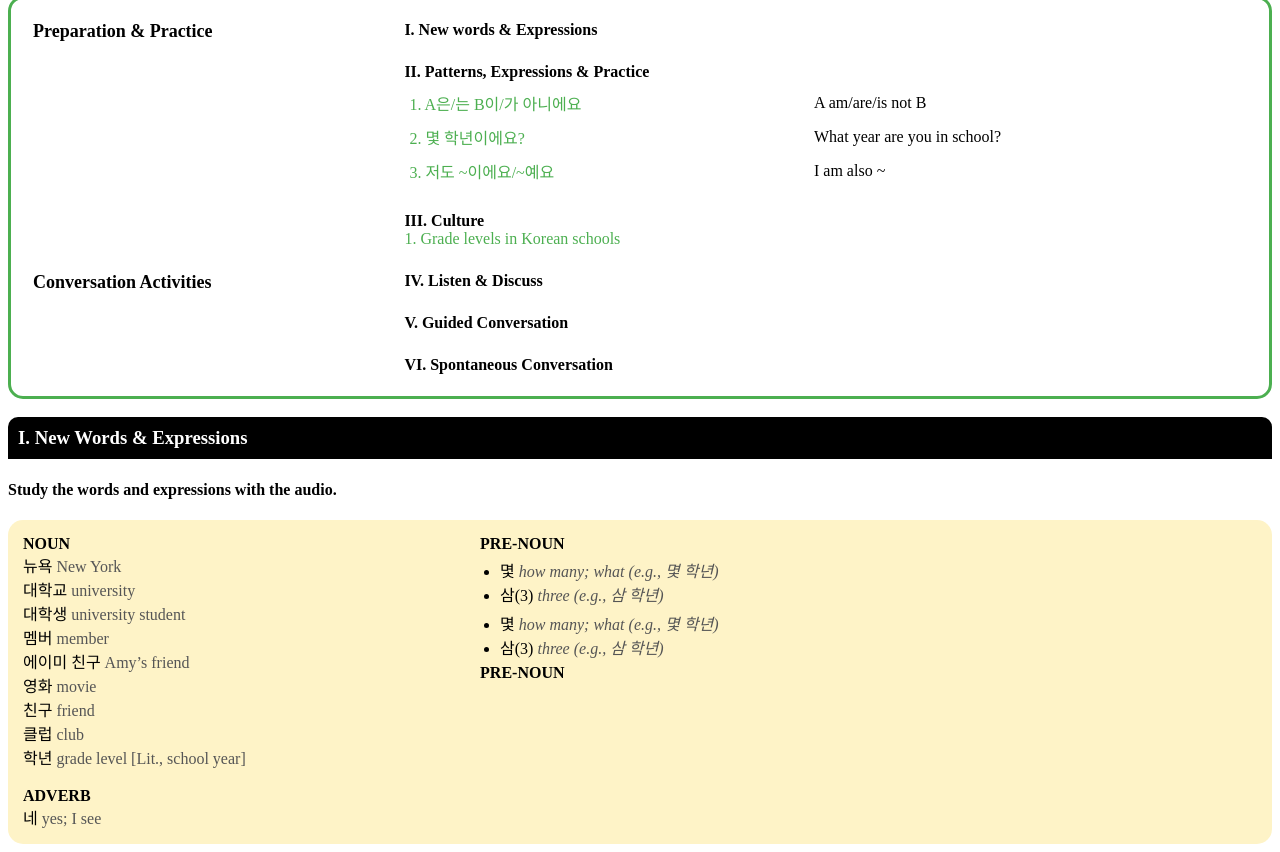
Repository: elliehong89/pineapple-content
Page: 1.anytimekorea/chap3/섹션1~3.html
An editor plug-in stored every save of this project. The page is shown before and after the next save, followed by the edit.
The browser window is 1280 px wide. The pictures show the part of the page from y = 416 to 1268 px (the page is 1268 px tall).
A picture or video elsewhere on the page could not be fetched, so the positions and the page height are approximate.

Above is the page before, as saved 2025-02-19 17:08:47.

After the next save:
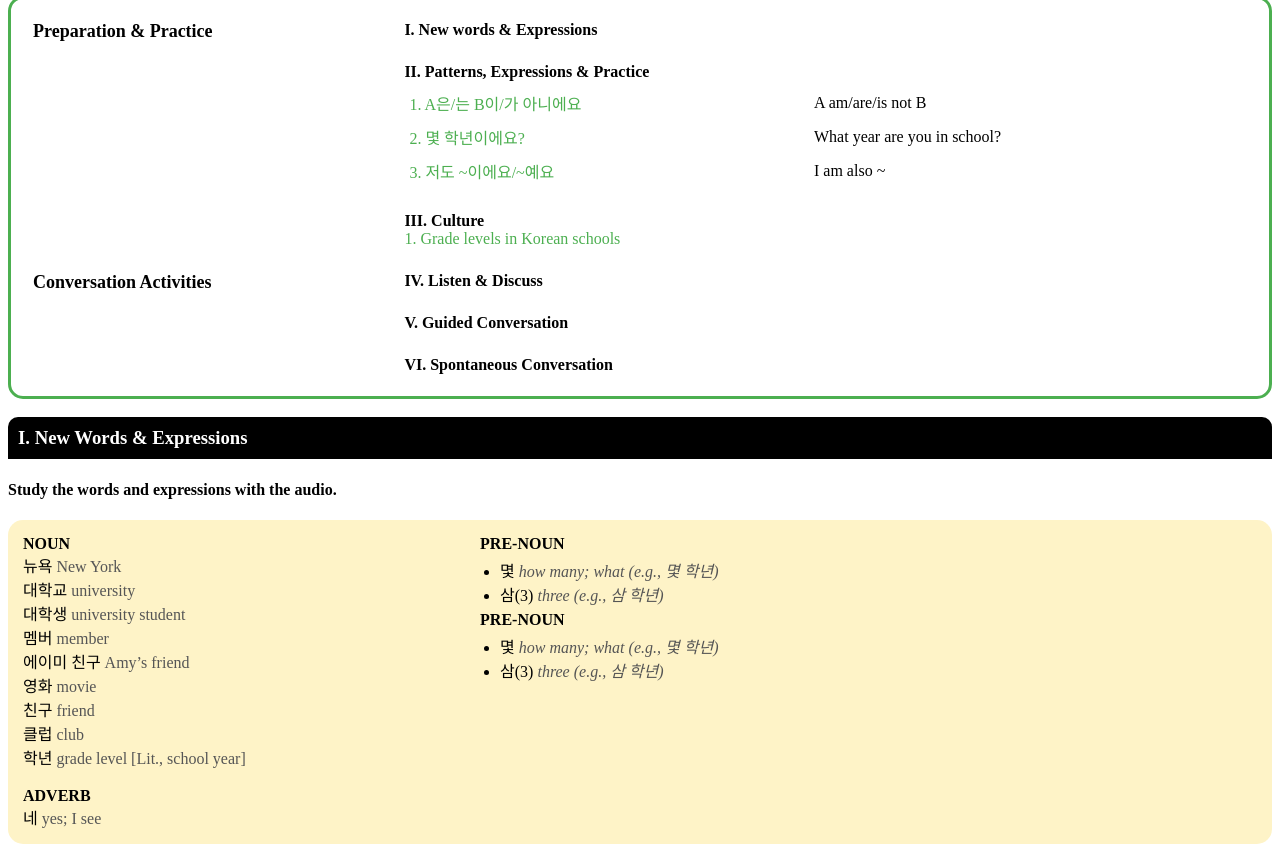
Saved 32 s later.
--- a/1.anytimekorea/chap3/섹션1~3.html
+++ b/1.anytimekorea/chap3/섹션1~3.html
@@ -79,11 +79,11 @@
                 <li>몇 <span style="color: #555;"><em>how many; what (e.g., 몇 학년)</em></span></li>
                 <li>삼(3)  <span style="color: #555;"><em>three (e.g., 삼 학년)</em></span></li>
             </ul>
+            <div><strong>PRE-NOUN</strong></div>
             <ul style="padding-left: 20px; margin: 5px 0;">
                 <li>몇 <span style="color: #555;"><em>how many; what (e.g., 몇 학년)</em></span></li>
                 <li>삼(3)  <span style="color: #555;"><em>three (e.g., 삼 학년)</em></span></li>
             </ul>
-            <div><strong>PRE-NOUN</strong></div>
         </div>
     </div>
 </div>
